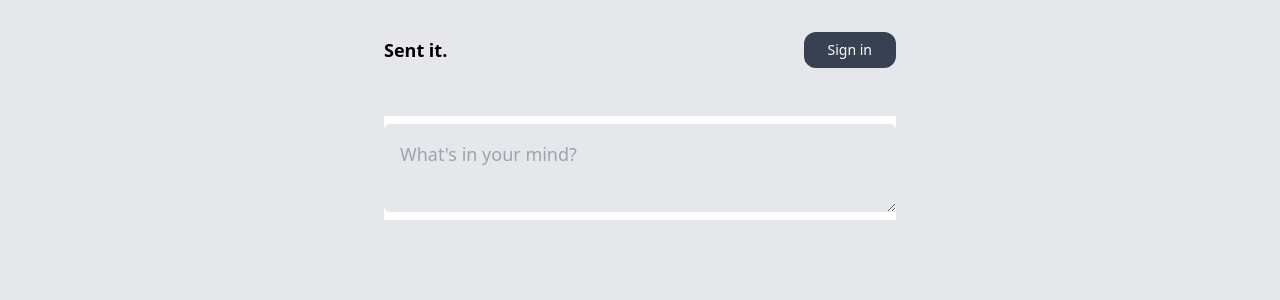
Repository: Saadelfadil/Nextjs_fullstack_app
Page: /
The author's editor kept a copy of each file at every save. The page is drawn from the files as they stood at one save, then again after the next save.
The browser window is 1280 px wide. The pictures show the whole page.
The page's requests for data from a server got no answer. The project was rebuilt for these pictures with package versions that can differ from the ones it lists, and the page was loaded fresh each time. The framework's server and built-in components were replaced by stand-ins that run in the browser. No one was signed in, and anything a server would have sent is missing. Also part of the build but not shown: next.config.js, app/auth/Logged.tsx.

Above is the page before, as saved 2023-02-24 18:27:41.

### app/layout.jsx
import './globals.css'
import Nav from "./auth/nav"
import { Roboto } from '@next/font/google'

const roboto = Roboto({
  subsets: ["latin"],
  weight: ["400", "700"],
  variable: "--font-roboto"
});

export default function RootLayout({children})
  {
  return (
    <html lang="en">
      <head />
      <body className={`mx-4 md:mx-48 xl:mx-96 ${roboto.variable} bg-gray-200`}>
        <Nav />
        {children}
      </body>
    </html>
  )
}

### app/page.tsx
"use client";

import AddPost from "./components/AddPost";

export default function Home() {
  return (
    <main>
      <AddPost />
    </main>
  );
}

### app/auth/nav.tsx

import Link from 'next/link'
import Login from "./Login"
import { authOptions } from "../../pages/api/auth/[...nextauth]";
import { getServerSession } from "next-auth/next";
import Logged from './Logged';

export default async function Nav(){
    const session = await getServerSession(authOptions);
    console.log(session)
    return (
        <nav className='flex justify-between items-center py-8'>
            <Link href={"/"}>
                <h1 className='font-bold text-lg'>Sent it.</h1>
            </Link>
            <ul className='flex items-center gap-6'>
                {!session?.user ? <Login /> : <Logged image={session.user?.image || ""}/>}
            </ul>
        </nav>
    )
}

### app/components/AddPost.tsx
"use client"

import { useState } from "react";

const AddPost = () => {
    const [title, setTitle] = useState("");
  return (
    <form className="bg-white ">
        <div className="flex flex-col my-4">
            <textarea onChange={(e) => setTitle((pre) => pre = e.target.value)}
            name="title"
            value={title}
            placeholder={"What's in your mind?"}
            className="p-4 text-lg rounded-md my-2 bg-gray-200"
            >
            </textarea>
        </div>
    </form>
  )
};

export default AddPost;

### app/auth/Login.tsx
"use client"

import {signIn} from "next-auth/react"

export default function Login()
{
    return (
      <li className="list-none">
        <button className="text-sm bg-gray-700 text-white py-2 px-6 rounded-xl disabled:opacity-25" onClick={() => signIn()}>
          Sign in
        </button>
      </li>
    );
}

### pages/api/auth/[...nextauth].js
import NextAuth from "next-auth"
import GoogleProvider from "next-auth/providers/google"
import { PrismaAdapter } from "@next-auth/prisma-adapter"
import prisma from "../../../prisma/client"


export const authOptions = {
  adapter: PrismaAdapter(prisma),
  providers: [
    GoogleProvider({
      clientId: process.env.GOOGLE_CLIENT_ID,
      clientSecret: process.env.GOOGLE_CLIENT_SECRET,
    }),
  ],
}

export default NextAuth(authOptions)

### prisma/client.js
import { PrismaClient } from "@prisma/client"

const client = globalThis.prisma || new PrismaClient()

if (process.env.NODE_ENV !== "production") globalThis.prisma = client

export default client;

Loaded but not shown: app/globals.css (common file); tailwind.config.js (common file)

After the next save:
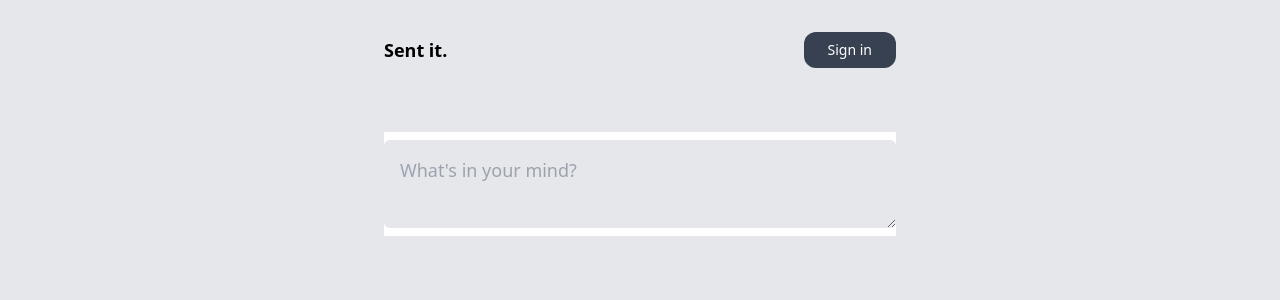
Saved 4 s later.
--- a/app/components/AddPost.tsx
+++ b/app/components/AddPost.tsx
@@ -5,7 +5,7 @@ import { useState } from "react";
 const AddPost = () => {
     const [title, setTitle] = useState("");
   return (
-    <form className="bg-white ">
+    <form className="bg-white my-8 ">
         <div className="flex flex-col my-4">
             <textarea onChange={(e) => setTitle((pre) => pre = e.target.value)}
             name="title"
